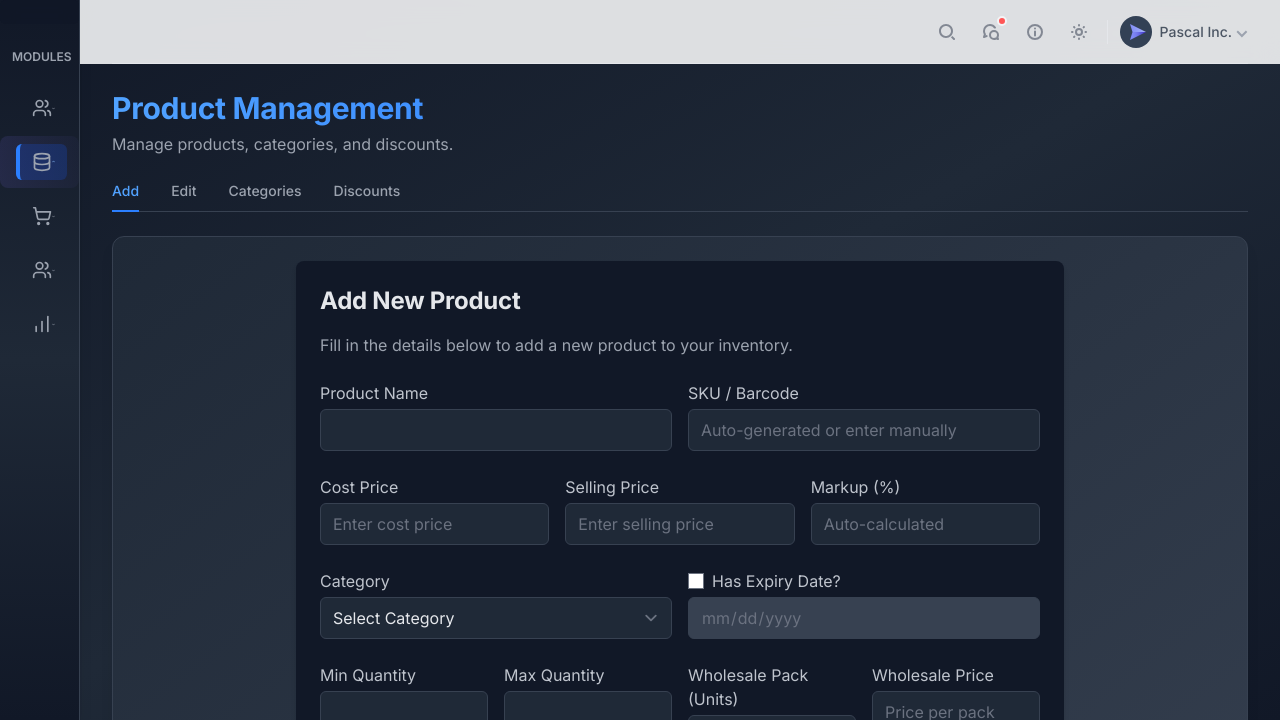
Repository: chykesure/grox-supermarket
Page: /products/add
An editor plug-in stored every save of this project. The page is shown before and after the next save, followed by the edit.
The browser window is 1280 px wide. The pictures show the whole page.
The page's requests for data from a server got no answer. An inner scrolling area shows only its first screen. The project was rebuilt for these pictures with package versions that can differ from the ones it lists, and the page was loaded fresh each time. Some packages were replaced by stand-ins written for this rebuild. No one was signed in, and anything a server would have sent is missing. Also part of the build but not shown: vite.config.js, src/components/DropdownFilter.jsx, src/lib/utils.ts, src/components/ui/calendar.jsx, src/components/ui/popover.jsx, src/components/Datepicker.jsx, src/pages/pos/Dashboard.jsx, src/pages/Menu.jsx and 62 more.

Above is the page before, as saved 2025-11-12 18:33:51.

After the next save:
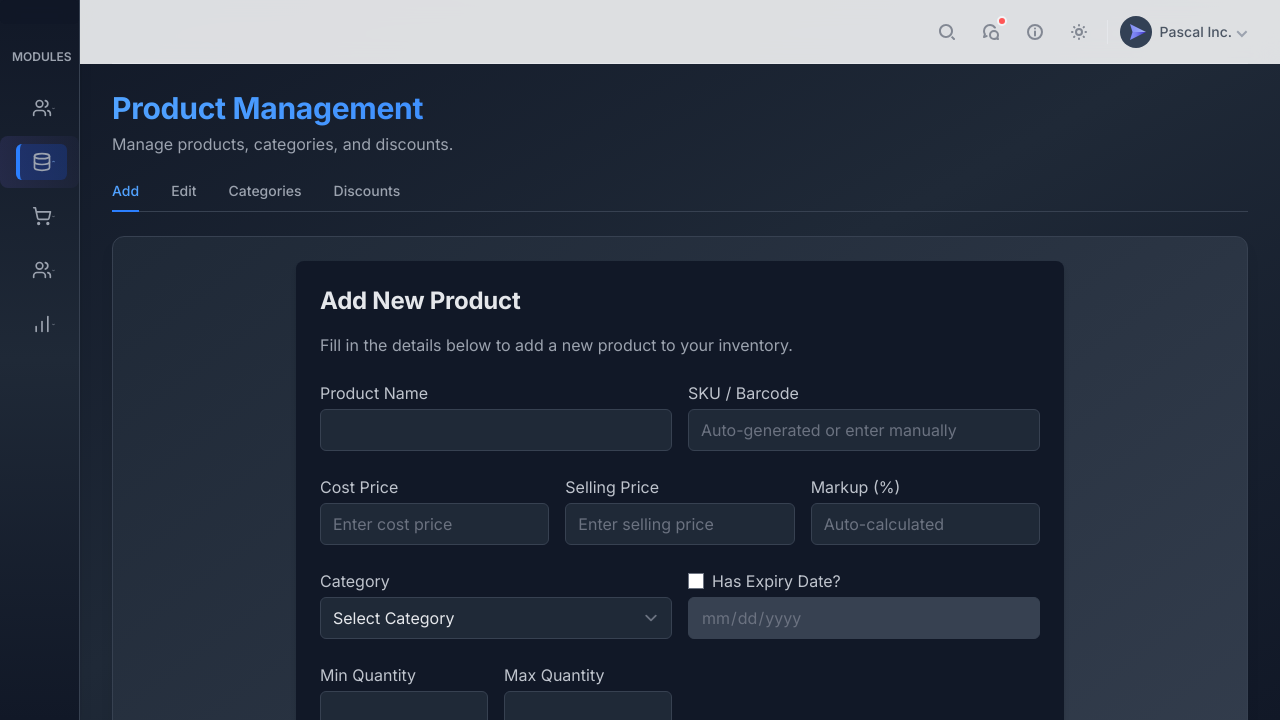
Saved 51 s later.
--- a/src/pages/pos/products/AddProduct.jsx
+++ b/src/pages/pos/products/AddProduct.jsx
@@ -277,28 +277,7 @@ function AddProduct() {
               className="w-full px-3 py-2 rounded-md bg-gray-800 border border-gray-700"
             />
           </div>
-          <div>
-            <label className="block mb-1 text-gray-300">Wholesale Pack (Units)</label>
-            <input
-              type="number"
-              name="wholesalePack"
-              value={product.wholesalePack}
-              onChange={handleChange}
-              placeholder="Enter units per pack"
-              className="w-full px-3 py-2 rounded-md bg-gray-800 border border-gray-700"
-            />
-          </div>
-          <div>
-            <label className="block mb-1 text-gray-300">Wholesale Price</label>
-            <input
-              type="number"
-              name="wholesalePrice"
-              value={product.wholesalePrice}
-              onChange={handleChange}
-              placeholder="Price per pack"
-              className="w-full px-3 py-2 rounded-md bg-gray-800 border border-gray-700"
-            />
-          </div>
+
         </div>
 
         {/* Description */}
